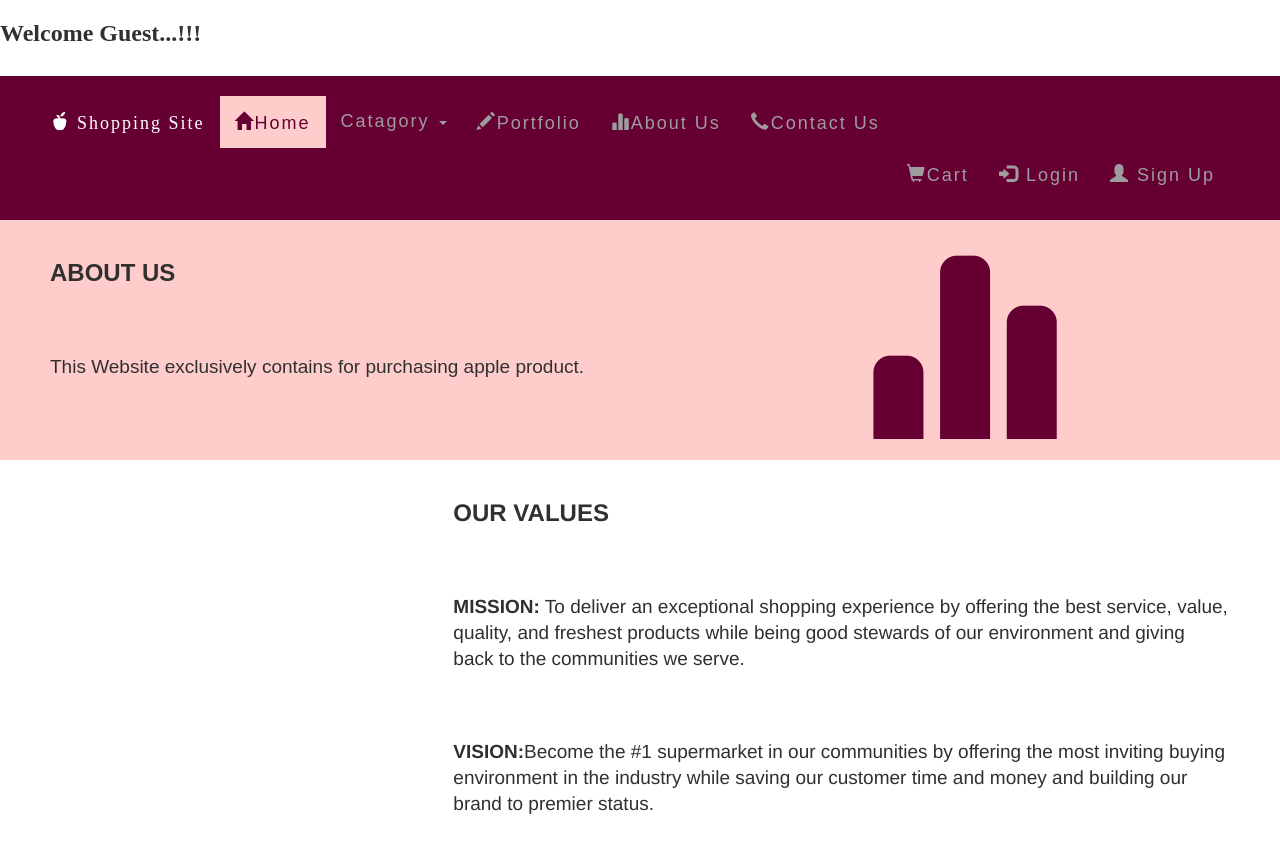
Repository: priyasuthakar/priya
Page: http://localhost/Apple/WEB-INF/views/about.jsp
An editor plug-in stored every save of this project. The page is shown before and after the next save, followed by the edit.
The browser window is 1280 px wide. The pictures show the whole page.
The page is served by Tomcat 9. Nobody is signed in. The template is opened directly, without the code that normally fills it, so the values that code supplies are empty.

Above is the page before, as saved 2016-08-22 07:35:34.

After the next save:
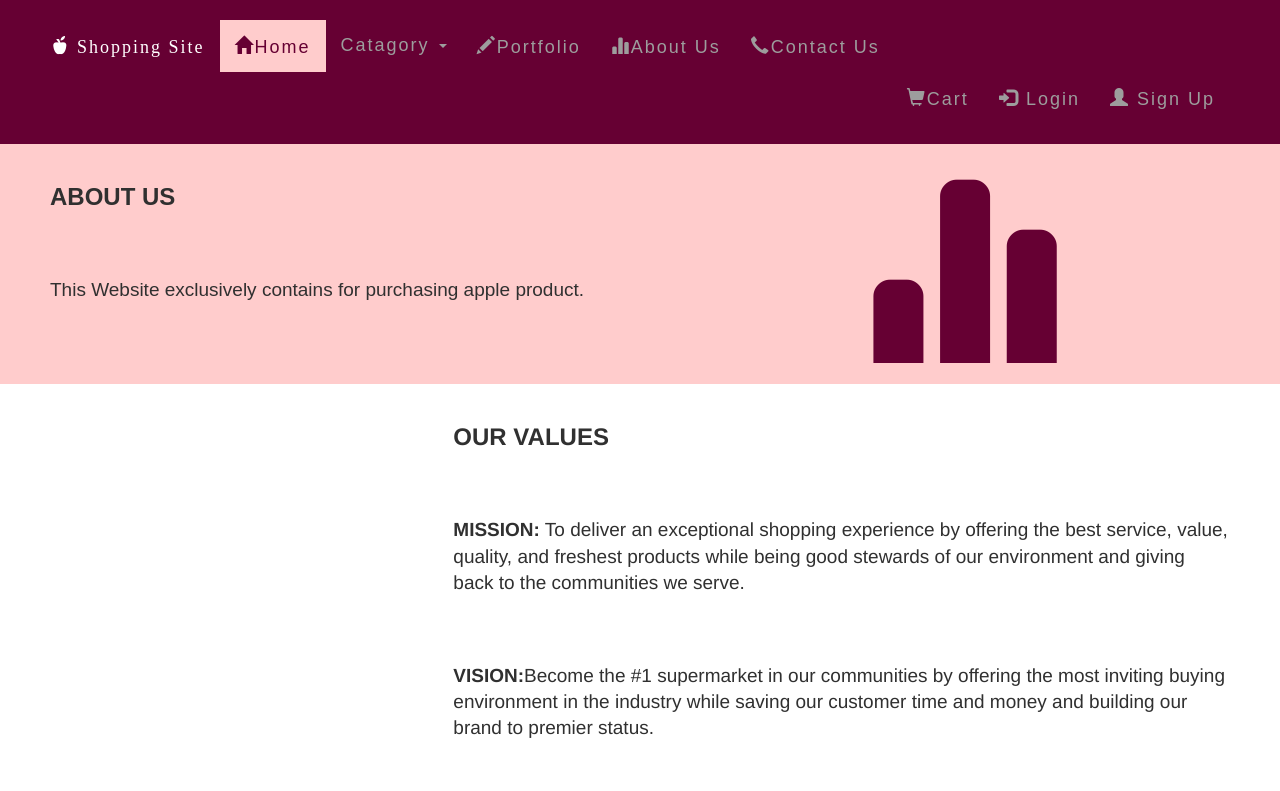
Saved 37 s later.
--- a/Apple/src/main/webapp/WEB-INF/views/Header.jsp
+++ b/Apple/src/main/webapp/WEB-INF/views/Header.jsp
@@ -7,14 +7,14 @@
 <meta http-equiv="Content-Type" content="text/html; charset=ISO-8859-1">
 </head>
 <body>
-	<c:choose>
+	<%-- <c:choose>
 		<c:when test="${empty username}">
 			<font face="Harlow Solid Italic"><h1>Welcome Guest...!!!</h1></font>
 		</c:when>
 		<c:when test="${not empty username}">
 			<font face="Harlow Solid Italic"><h1>${username}</h1></font>
 		</c:when>
-	</c:choose>
+	</c:choose> --%>
 
 	<nav class="navbar navbar-inverse">
 

After the save that followed:
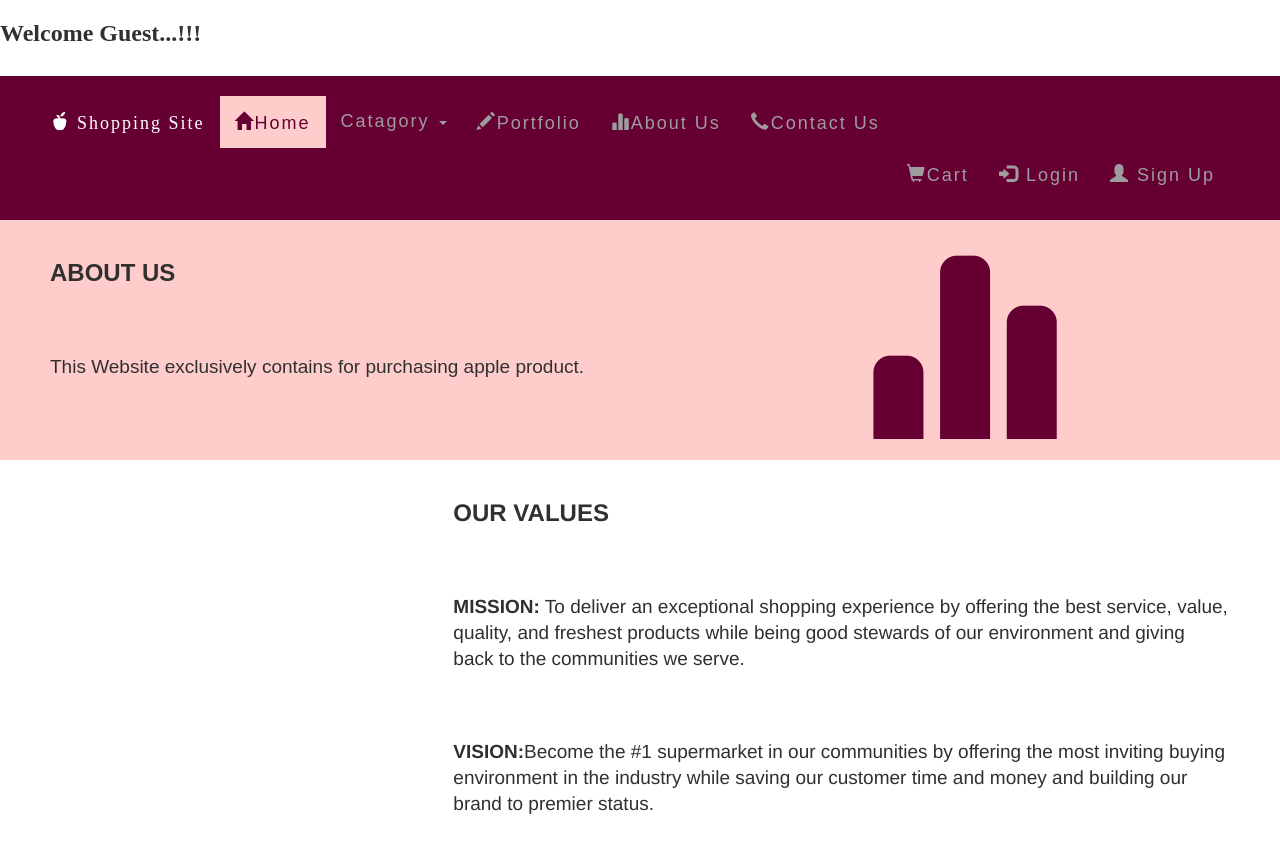
Saved 65 s later.
--- a/Apple/src/main/webapp/WEB-INF/views/Header.jsp
+++ b/Apple/src/main/webapp/WEB-INF/views/Header.jsp
@@ -7,14 +7,14 @@
 <meta http-equiv="Content-Type" content="text/html; charset=ISO-8859-1">
 </head>
 <body>
-	<%-- <c:choose>
+	<c:choose>
 		<c:when test="${empty username}">
 			<font face="Harlow Solid Italic"><h1>Welcome Guest...!!!</h1></font>
 		</c:when>
 		<c:when test="${not empty username}">
 			<font face="Harlow Solid Italic"><h1>${username}</h1></font>
 		</c:when>
-	</c:choose> --%>
+	</c:choose>
 
 	<nav class="navbar navbar-inverse">
 
